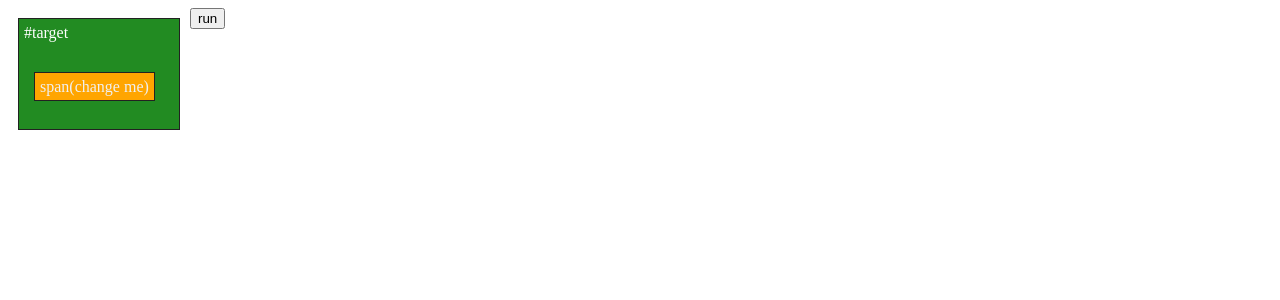
Repository: silenttemplar/java_start_project
Page: hansung_ee_2014/hansung_jquery_exercise/WebContent/create_clone.html
These files come from the project's save history. The page is drawn as it stood at one moment and after the next save; the edit follows.
The browser window is 1280 px wide. The pictures show the whole page.

Above is the page before, as saved 2014-08-27 05:20:41.

After the next save:
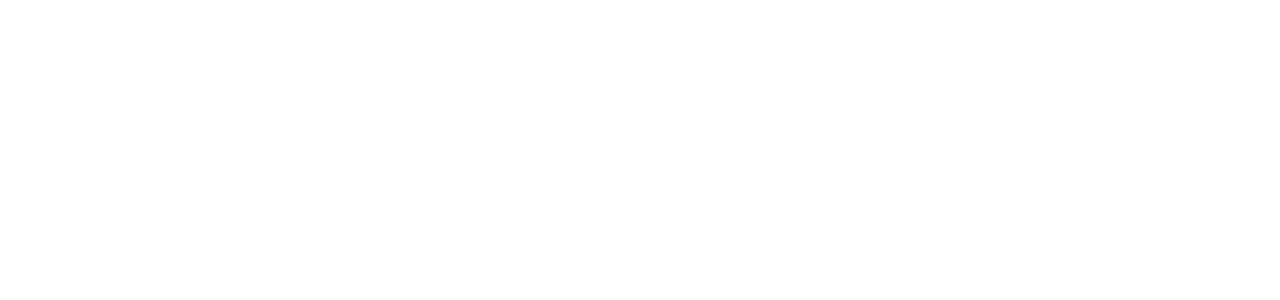
Saved 39 s later.
--- a/hansung_ee_2014/hansung_jquery_exercise/WebContent/create_clone.html
+++ b/hansung_ee_2014/hansung_jquery_exercise/WebContent/create_clone.html
@@ -3,6 +3,16 @@
 <head>
 <meta charset="UTF-8">
 <title>Create Clone</title>
+<script src="./jquery-2.1.0.min.js"></script>
+<script type="text/javascript">
+	/**
+	 * 대상 : div
+	 * 기능 : 복사 & 추가
+	 * 함수 : clone(), insertAfter()
+	 */
+	function run() {
+
+	}
 </head>
 <body>
 	<div id="target"

After the save that followed:
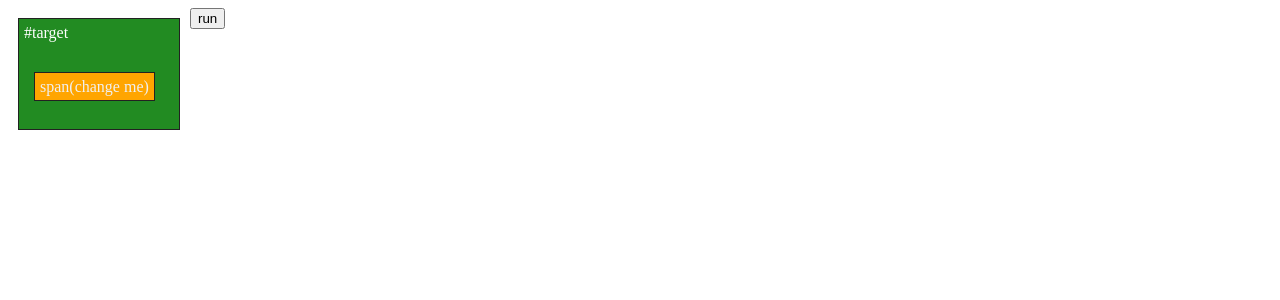
Saved 33 s later.
--- a/hansung_ee_2014/hansung_jquery_exercise/WebContent/create_clone.html
+++ b/hansung_ee_2014/hansung_jquery_exercise/WebContent/create_clone.html
@@ -13,6 +13,7 @@
 	function run() {
 
 	}
+</script>
 </head>
 <body>
 	<div id="target"
@@ -31,6 +32,8 @@
 					margin:10px; border:1px solid rgb(34,34,34);
 					padding:5px;">span(change me)</span>
 	</div>
+	<div>
+	</div>
 	<input type="button" value="run" onclick="run()" />
 </body>
 </html>
